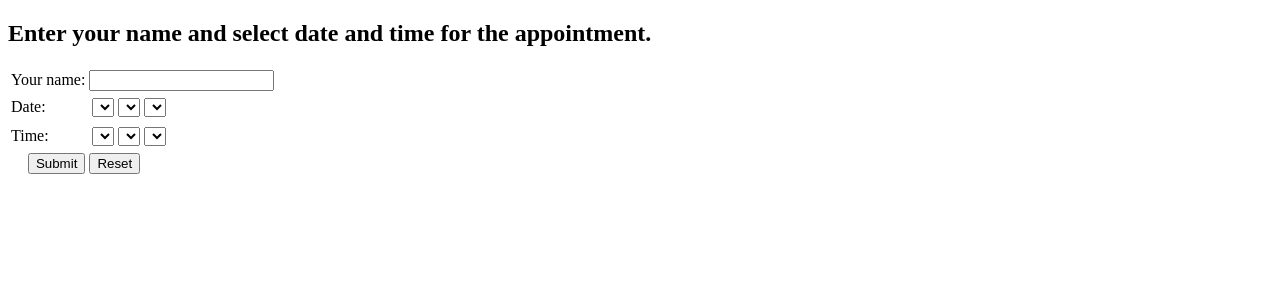
Repository: haitranduc4270/Book_store
Page: http://localhost/P3_Lab05_framework/Lab hằng tuần/Lab2.2/Exercise_DateTime/DateTime.php
These files come from the project's save history. The page is drawn as it stood at one moment and after the next save; the edit follows.
The browser window is 1280 px wide. The pictures show the whole page.
The page is run by PHP 8.4 with error messages shown; the project is at /var/www/html/.

Above is the page before, as saved 2022-04-25 07:51:54.

### Lab hằng tuần/Lab2.2/Exercise_DateTime/DateTime.php
<!DOCTYPE html>
<html lang="en">

<head>
    <meta charset="UTF-8" />
    <meta http-equiv="X-UA-Compatible" content="IE=edge" />
    <meta name="viewport" content="width=device-width, initial-scale=1.0" />
    <title>Date Time</title>
</head>

<body>
    <h2>Enter your name and select date and time for the appointment.</h2>

    <form action="" method="post">
        <table>
            <tr>
                <td>Your name:</td>
                <td><input type="text" name="name" id="name"></td>
            </tr>
            <tr>
                <td>Date:</td>
                <td>
                    <table>
                        <tr>
                            <td><select name="date" id="date"></select></td>
                            <td><select name="month" id="month"></select></td>
                            <td><select name="year" id="year"></select></td>
                        </tr>
                    </table>
                </td>
            </tr>
            <tr>
                <td>Time:</td>
                <td>
                    <table>
                        <tr>
                            <td><select name="hour" id="hour"></select></td>
                            <td><select name="minute" id="minute"></select></td>
                            <td><select name="second" id="second"></select></td>
                        </tr>
                    </table>
                </td>
            </tr>
            <tr>
                <td align="right"><input type="submit" value="Submit"></td>
                <td align="left"><input type="reset" value="Reset"></td>
            </tr>
        </table>
    </form>
</body>

</html>

After the next save:
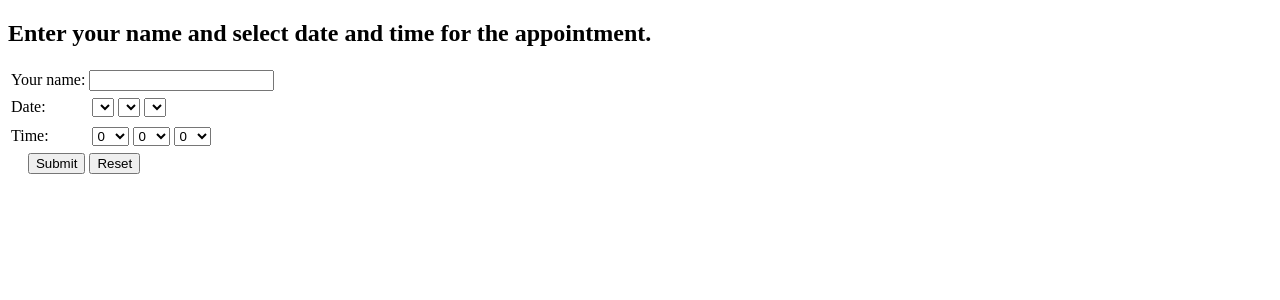
Saved 4 min 53 s later.
--- a/Lab hằng tuần/Lab2.2/Exercise_DateTime/DateTime.php
+++ b/Lab hằng tuần/Lab2.2/Exercise_DateTime/DateTime.php
@@ -34,9 +34,27 @@
                 <td>
                     <table>
                         <tr>
-                            <td><select name="hour" id="hour"></select></td>
-                            <td><select name="minute" id="minute"></select></td>
-                            <td><select name="second" id="second"></select></td>
+                            <td><select name="hour" id="hour">
+                                    <?php
+                                    for($i = 0; $i < 23; $i++) {
+                                        print ("<option>$i</option>");
+                                    }
+                                ?>
+                                </select></td>
+                            <td><select name="minute" id="minute">
+                                    <?php
+                                    for($i = 0; $i < 23; $i++) {
+                                        print ("<option>$i</option>");
+                                    }
+                                ?>
+                                </select></td>
+                            <td><select name="second" id="second">
+                                    <?php
+                                    for($i = 0; $i < 59; $i++) {
+                                        print ("<option>$i</option>");
+                                    }
+                                ?>
+                                </select></td>
                         </tr>
                     </table>
                 </td>
